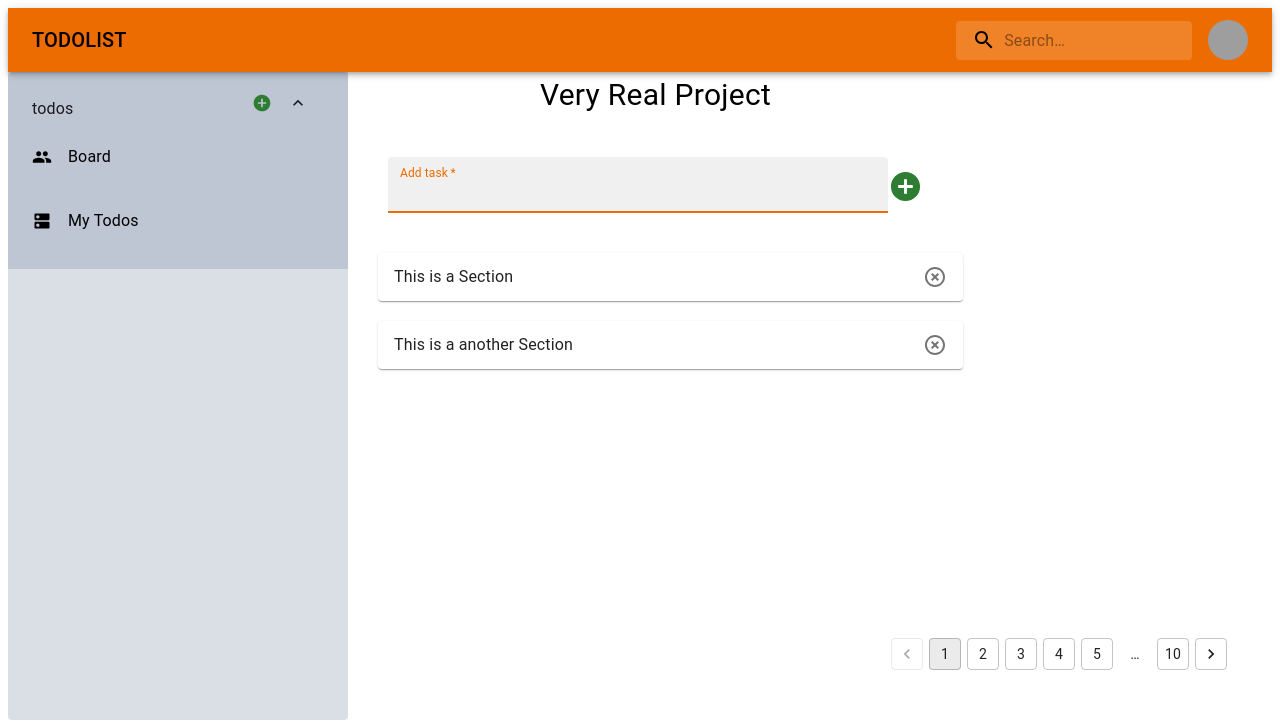
Repository: HrishrathTBS/Trackerbea
Page: /board (app in client/)
The author's editor kept a copy of each file at every save. The page is drawn from the files as they stood at one save, then again after the next save.
The browser window is 1280 px wide. The pictures show the whole page.
Pictures or frames that could not be fetched are drawn as grey boxes. The project was rebuilt for these pictures with package versions that can differ from the ones it lists, and the page was loaded fresh each time. Also part of the build but not shown: client/src/components/TodoList.js, client/src/components/ListOfBar.js, client/src/components/MyTodos.js.

Above is the page before, as saved 2022-03-09 16:39:52.

After the next save:
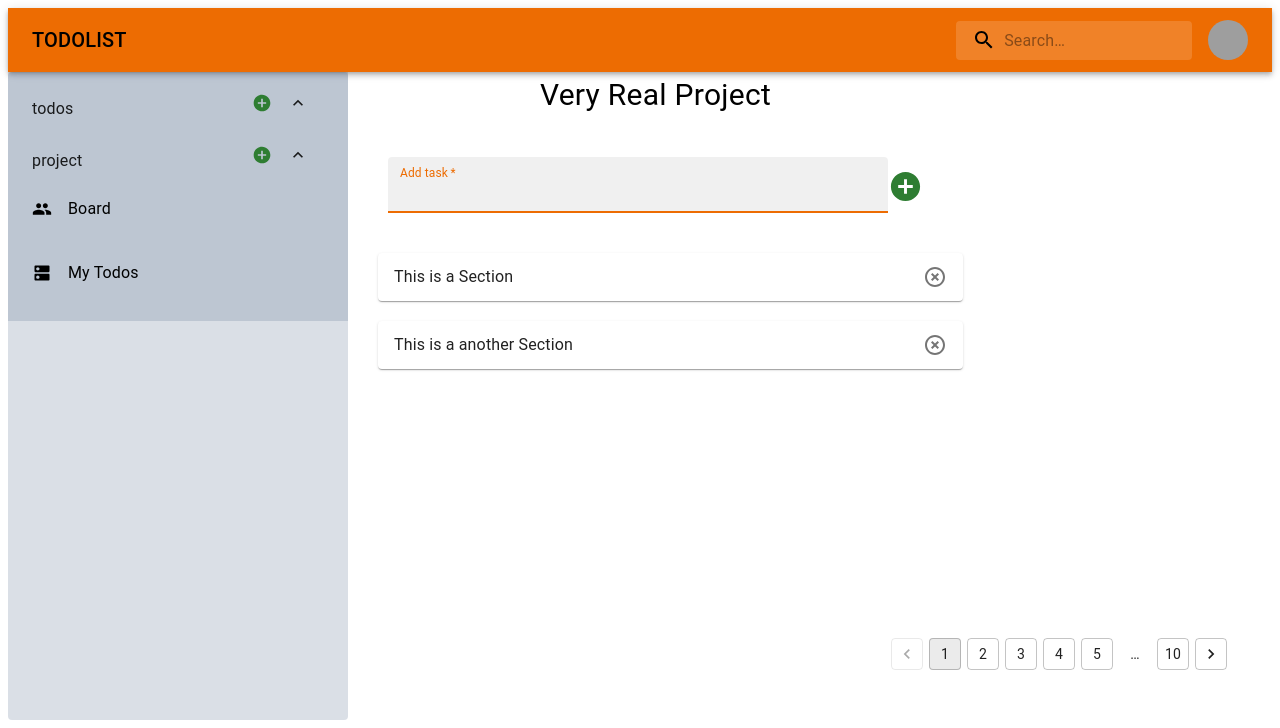
Saved 29 s later.
--- a/client/src/components/SideBar.js
+++ b/client/src/components/SideBar.js
@@ -59,6 +59,7 @@ export default function CustomizedList() {
               }}
             >
               <ListItem primary='todos' />
+              <ListItem primary='project' />
               {open &&
                 data.map((item) => (
                   <ListItemButton key={item.label} sx={{ py: 2, minHeight: 32, color: 'rgba(0,0,0,1)', justifyContent: 'flex-start' }}>
